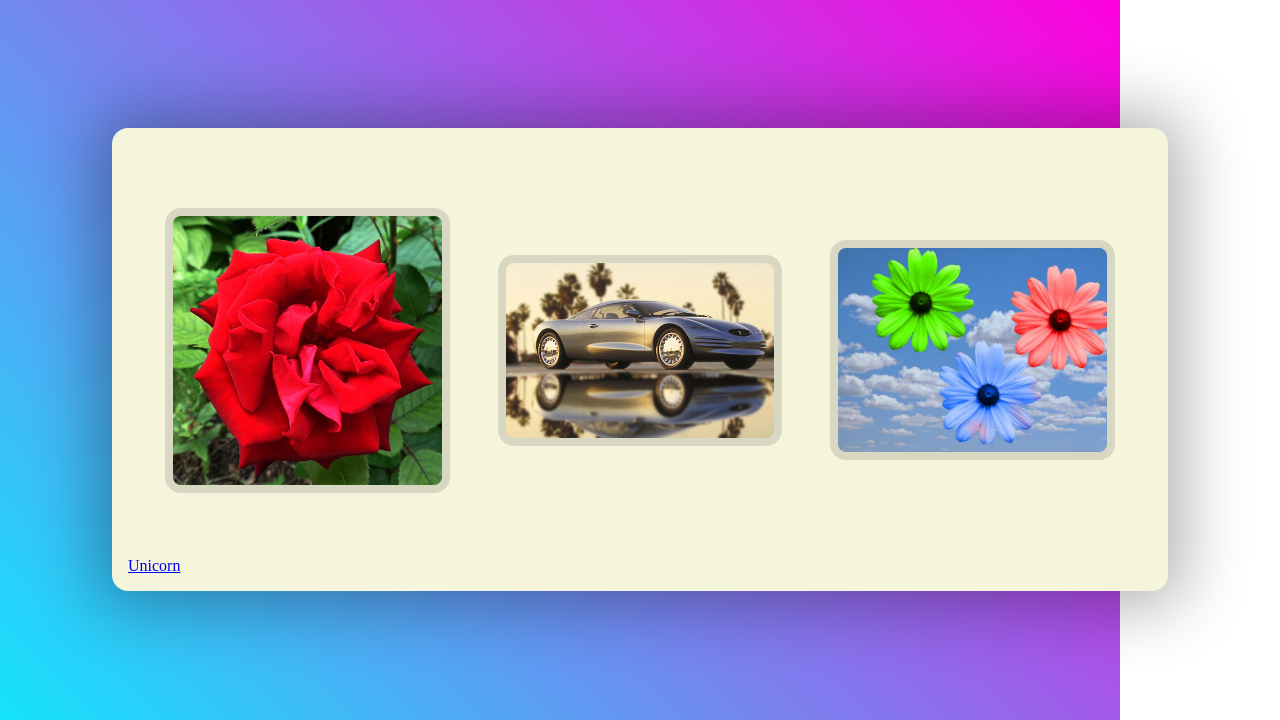
Repository: ViggoSkj/VGY
Page: ovningar/photoshopovning/photoshopovning.html
The author's editor kept a copy of each file at every save. The page is drawn from the files as they stood at one save, then again after the next save.
The browser window is 1280 px wide. The pictures show the whole page.

Above is the page before, as saved 2022-11-27 12:16:43.

### ovningar/photoshopovning/photoshopovning.html
<!DOCTYPE html>
<html lang="en">
    <head>
        <meta charset="UTF-8">
        <meta http-equiv="X-UA-Compatible" content="IE=edge">
        <meta name="viewport" content="width=device-width, initial-scale=1.0">
        <title>Document</title>
        <link rel="stylesheet" href="public/css/style.css">
    </head>
    <body>
        <div class="container">
            <div class="images">
                <img src="public/images/ros_edited.jpg" alt="ros">
                <img src="public/images/bil_edited.jpg" alt="bil">
                <img src="public/images/sky_and_flower.jpg" alt="1 röd, 1, blå och 1 grönn blomma på en himmel">
            </div>

            <div id="myfooter">
                <a href="https://validator.w3.org/unicorn/check?ucn_uri=labb.vgy.se/~viggosg/ovningar/photoshopovningar.html&ucn_task=conformance">Unicorn</a>
             </div>
        </div>
    </body>
</html>

### ovningar/photoshopovning/public/css/style.css
body
{
    background-image: linear-gradient(45deg, rgb(0, 247, 255), rgb(255, 0, 221));
    display: flex;
    height: 100%;
    margin: 0;
    background-repeat: no-repeat;
    background-attachment: fixed;
    animation: rotating 5s infinite;
}

@keyframes rotating
{
    from {background-position-x: -10em;}
    to {background-position-x: 10em;}
}

.container
{
    background-color: beige;
    margin: auto;
    margin-top: 8em;
    align-items: center;
    width: 80%;
    border-radius: 1em;
    padding: 1em;
    box-shadow: 0em 0em 4em 1em rgba(0, 0, 0, 0.301);
}

img
{

    width: 30%;
    border-radius: 1em;
    padding: 0.5em;
    background-color: rgba(0, 0, 0, 0.116);
}

.images
{
    display: flex;
    justify-content: center;
    gap: 3em;
    align-items: center;
    padding: 2em;
    margin: 2em;
}

After the next save:
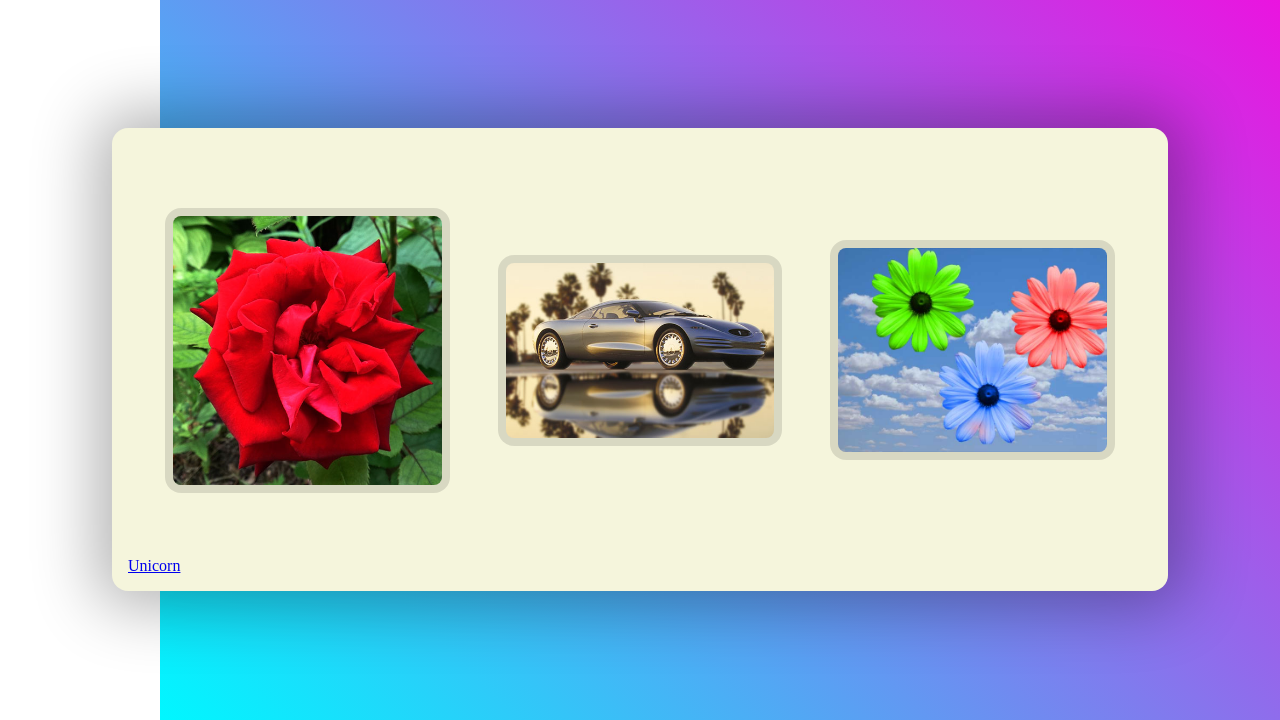
Saved 10 s later.
--- a/ovningar/photoshopovning/public/css/style.css
+++ b/ovningar/photoshopovning/public/css/style.css
@@ -6,7 +6,7 @@ body
     margin: 0;
     background-repeat: no-repeat;
     background-attachment: fixed;
-    animation: rotating 5s infinite;
+    animation: rotating 5s infinite alternate;
 }
 
 @keyframes rotating
